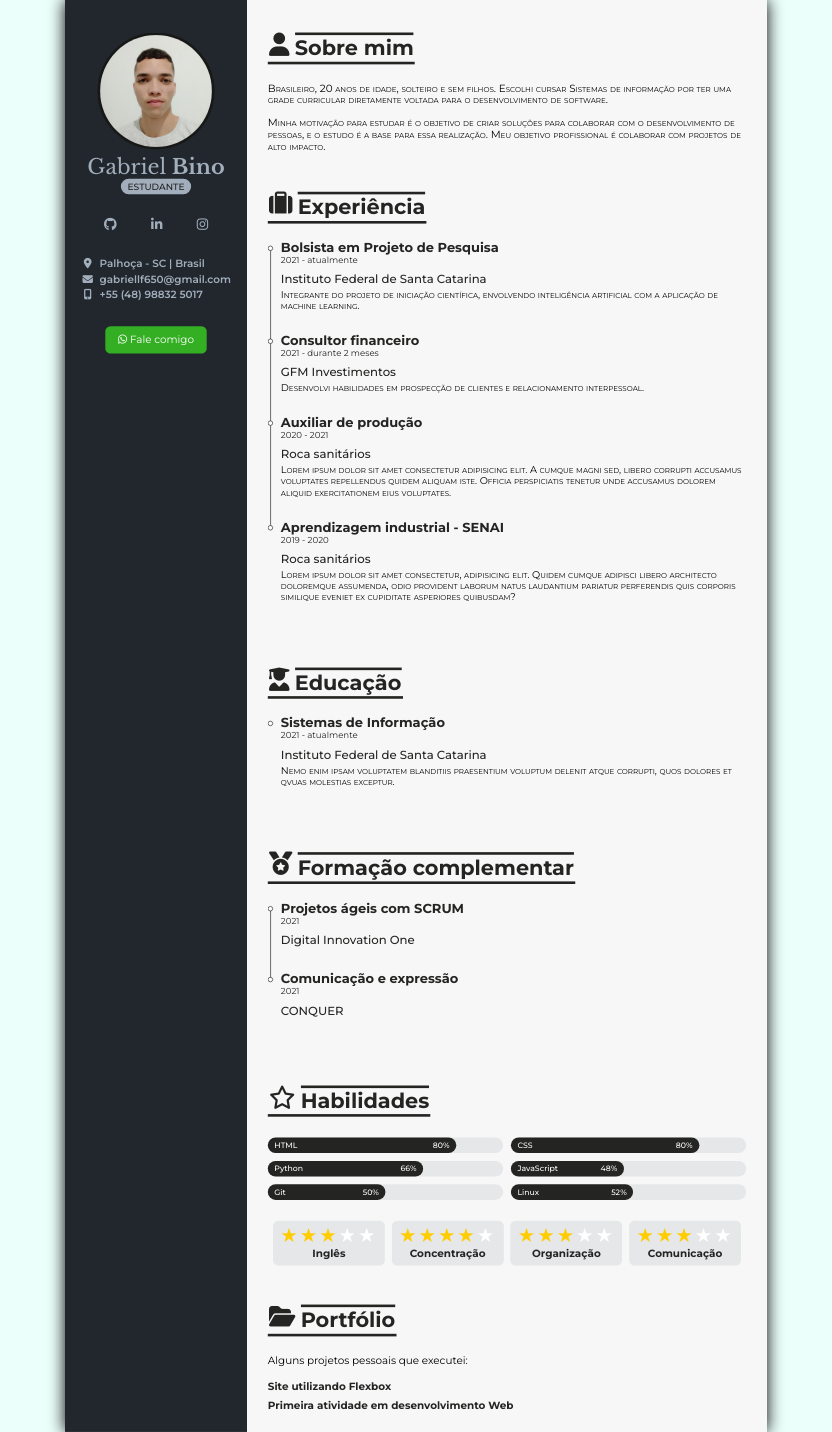
Repository: gabrielbino/curriculoResponsivo
Page: index.html
These files come from the project's save history. The page is drawn as it stood at one moment and after the next save; the edit follows.
The browser window is 1280 px wide. The pictures show the whole page, at 65% of full size.
Some web libraries are served in a nearby version.

Above is the page before, as saved 2021-10-21 00:38:55.

After the next save:
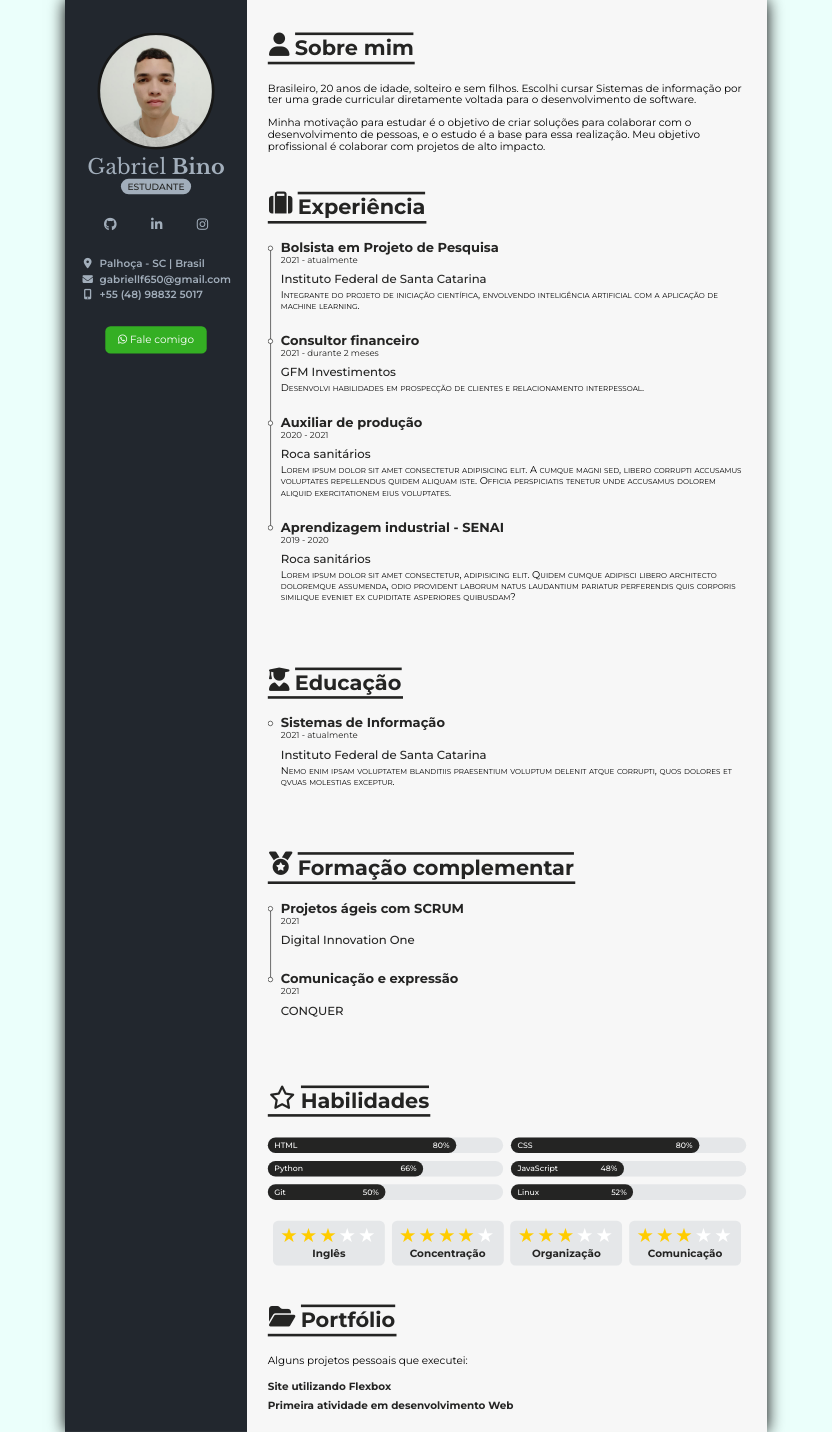
Saved 23 s later.
--- a/css/style.css
+++ b/css/style.css
@@ -148,9 +148,9 @@ article:not(:last-of-type) {
   padding-top: 2px;
 }
 
-.sobre-mim {
+/* .sobre-mim {
   font-variant: small-caps;
-}
+} */
 
 .timeline {
   list-style: none;
